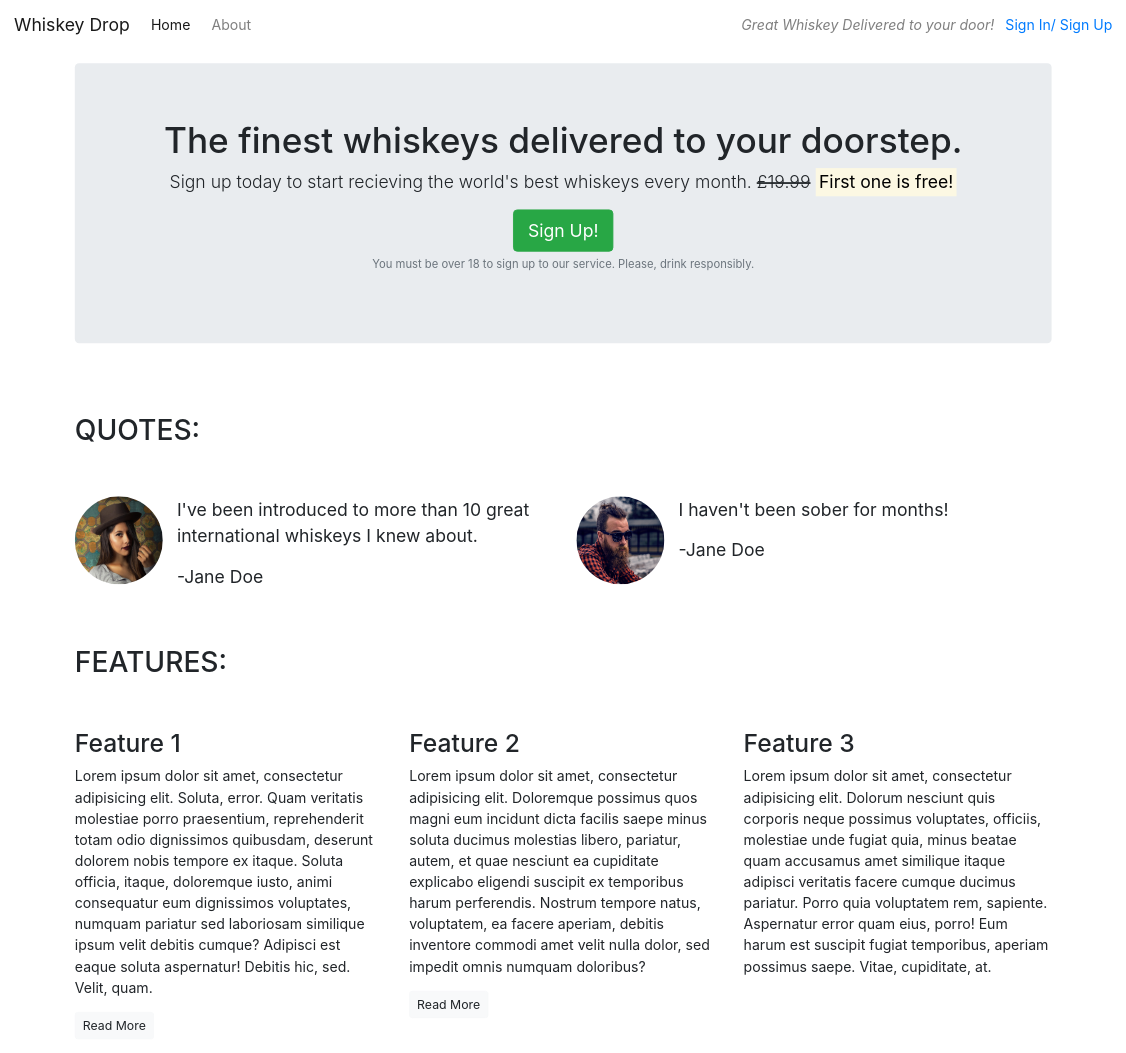
Repository: Leannald13/whiskey-project
Page: index.html
The author's editor kept a record of every edit. The page is drawn from the files as they stood at one moment, then again after the next edit.
The browser window is 1280 px wide. The pictures show the whole page, at 88% of full size.

Above is the page before.
Console error: TypeError: Cannot read properties of undefined (reading 'fn')

### index.html
<!DOCTYPE html>
<html lang="en">

<head>
    <meta charset="UTF-8">
    <meta name="viewport" content="width=device-width, initial-scale=1.0">
    <meta http-equiv="X-UA-Compatible" content="ie=edge">
    <link rel="stylesheet" href="https://stackpath.bootstrapcdn.com/bootstrap/4.1.3/css/bootstrap.min.css" integrity="sha384-MCw98/SFnGE8fJT3GXwEOngsV7Zt27NXFoaoApmYm81iuXoPkFOJwJ8ERdknLPMO" crossorigin="anonymous">
    <script src="https://stackpath.bootstrapcdn.com/bootstrap/4.1.3/js/bootstrap.min.js" integrity="sha384-ChfqqxuZUCnJSK3+MXmPNIyE6ZbWh2IMqE241rYiqJxyMiZ6OW/JmZQ5stwEULTy" crossorigin="anonymous"></script>
    <title>Whiskey Drop: Taste a new whiskey every month</title>
</head>

<body>
    <nav class="navbar navbar-light bg-navbar navbar-expand-sm">
        <a href="/" class="navbar-brand">Whiskey Drop</a>
        <ul class="navbar-nav mr-auto">
            <li class="active nav-item mr-2"><a class="nav-link" href="/">Home</a></li>
            <li class="nav-item mr-2"><a class="nav-link" href="/about">About</a></li>
            <li class="nav-item mr-2 d-block d-sm-none"><a class="nav-link" href="/login">Sign In/ Sign Up!</a></li>
        </ul>
        <div class="d-none d-md-block">
            <p class="navbar-text my-auto mr-2"><i>Great Whiskey Delivered to your door!</i></p>
            <a href="/login">Sign In/ Sign Up</a>
        </div>
    </nav>
    <article class="container mt-3">
        <div class="row">
            <div class="col-12">
                <section class="callout jumbotron text-center">
                    <h1>The finest whiskeys delivered to your doorstep.</h1>
                    <p class="lead">Sign up today to start recieving the world's best whiskeys every month.
                        <s class="d-none d-sm-inline">£19.99</s>
                        <span class="d-inline d-sm-none"><br></span>
                        <strong><mark>First one is free!</mark></strong></p>
                    <button class="btn btn-success btn-lg">Sign Up!</button>
                    <p class="text-muted"><small>You must be over 18 to sign up to our service. Please, drink responsibly.</small></p>
                </section>
            </div>
        </div>
        <section class="quotes">
            <div class="row">
                <div class="col-12 my-5">
                    <h2 class="text-uppercase">Quotes:</h2>
                </div>
            </div>
            <div class="row">
                <div class="col-12 col-md-6">
                    <div class="media">
                        <img src="images/girl-image.png" class="rounded-circle mr-3" height= 100 width=100">
                        <div class="media-body">
                            <blockquote class="blockquote">
                                <p>I've been introduced to more than 10 great international whiskeys I knew about.</p>
                                <p>-Jane Doe</p>
                            </blockquote>
                        </div>
                    </div>
                </div>
                <div class="col-12 col-md-6">
                    <div class="media">
                        <img src="images/guy-image.png" class="rounded-circle mr-3" height=100 width=100">
                        <div class="media-body">
                    <blockquote class="blockquote">
                        <p>I haven't been sober for months!</p>
                        <p>-Jane Doe</p>
                    </blockquote>
                    </div>
                    </div>
                </div>
            </div>
        </section>
        <section class="features">
            <div class="row">
                <div class="col-12 my-5">
                    <h2 class="text-uppercase">Features:</h2>
                </div>
            </div>
            <div class="row">
                <div class="col-12 col-md-6 col-lg-4">
                    <div class="feature">
                        <h3>Feature 1</h3>
                        <p>Lorem ipsum dolor sit amet, consectetur adipisicing elit. Soluta, error. Quam veritatis molestiae porro praesentium, reprehenderit totam odio dignissimos quibusdam, deserunt dolorem nobis tempore ex itaque. Soluta officia, itaque,
                            doloremque iusto, animi consequatur eum dignissimos voluptates, numquam pariatur sed laboriosam similique ipsum velit debitis cumque? Adipisci est eaque soluta aspernatur! Debitis hic, sed. Velit, quam.</p>
                        <p><a class="btn btn-sm btn-light" href="">Read More</a></p>
                    </div>
                </div>
                <div class="col-12 col-md-6 col-lg-4">
                    <div class="feature">
                        <h3>Feature 2</h3>
                        <p>Lorem ipsum dolor sit amet, consectetur adipisicing elit. Doloremque possimus quos magni eum incidunt dicta facilis saepe minus soluta ducimus molestias libero, pariatur, autem, et quae nesciunt ea cupiditate explicabo eligendi
                            suscipit ex temporibus harum perferendis. Nostrum tempore natus, voluptatem, ea facere aperiam, debitis inventore commodi amet velit nulla dolor, sed impedit omnis numquam doloribus?</p>
                        <p><a class="btn btn-sm btn-light" href="">Read More</a></p>
                    </div>
                </div>
                <div class="col-12 d-md-none d-lg-block col-lg-4">
                    <div class="feature">
                        <h3>Feature 3</h3>
                        <p>Lorem ipsum dolor sit amet, consectetur adipisicing elit. Dolorum nesciunt quis corporis neque possimus voluptates, officiis, molestiae unde fugiat quia, minus beatae quam accusamus amet similique itaque adipisci veritatis facere
                            cumque ducimus pariatur. Porro quia voluptatem rem, sapiente. Aspernatur error quam eius, porro! Eum harum est suscipit fugiat temporibus, aperiam possimus saepe. Vitae, cupiditate, at.</p>
                    </div>
                </div>
            </div>


        </section>
    </article>

</body>

</html>

After the next edit:
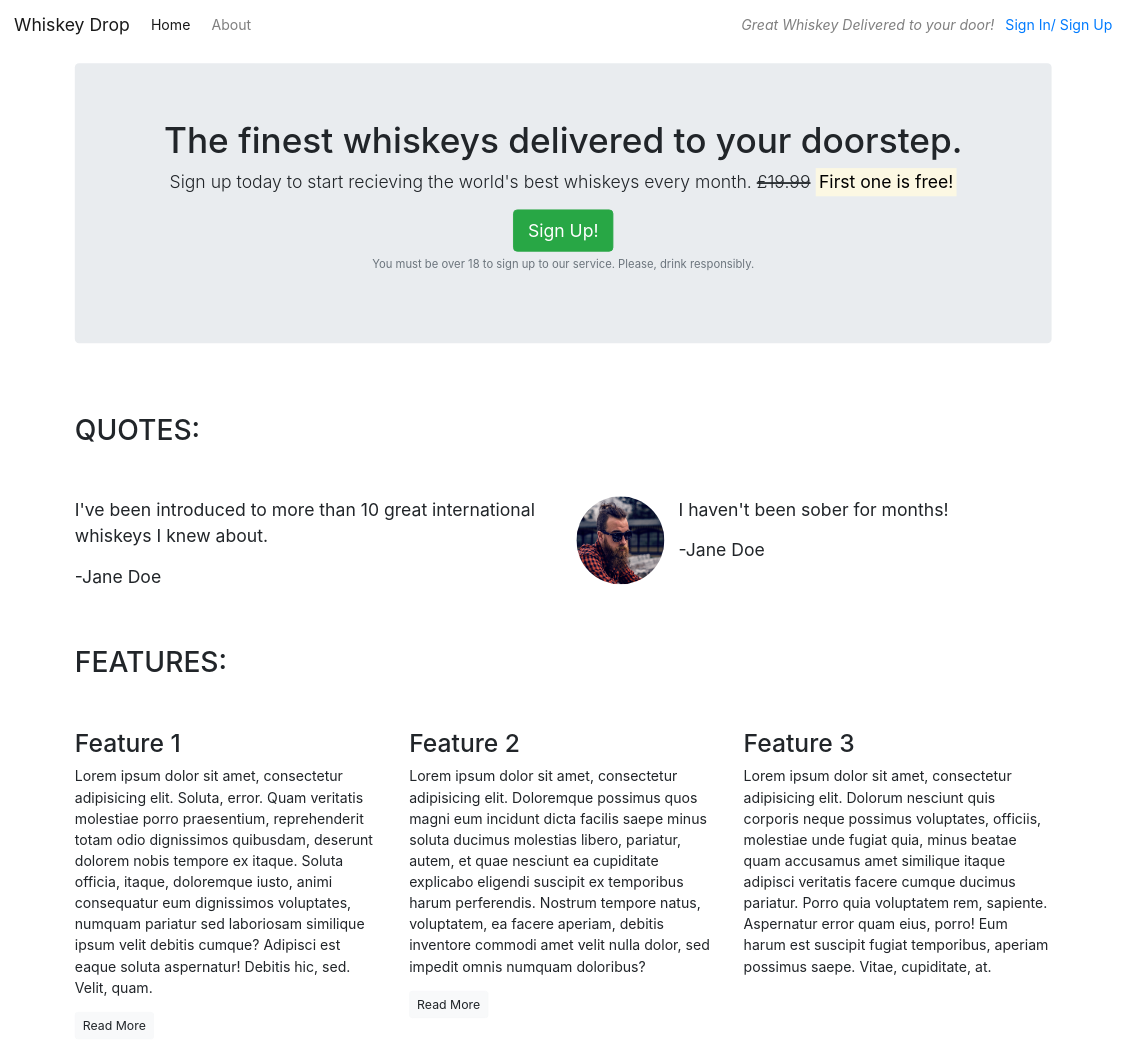
The edit:
--- a/index.html
+++ b/index.html
@@ -45,8 +45,8 @@
             </div>
             <div class="row">
                 <div class="col-12 col-md-6">
-                    <div class="media">
-                        <img src="images/girl-image.png" class="rounded-circle mr-3" height= 100 width=100">
+                    <div class="media"
+                        <img src="images/girl-image.png" class="rounded-circle mr-3" height= 100 width=100>
                         <div class="media-body">
                             <blockquote class="blockquote">
                                 <p>I've been introduced to more than 10 great international whiskeys I knew about.</p>

After the 2 edits that followed:
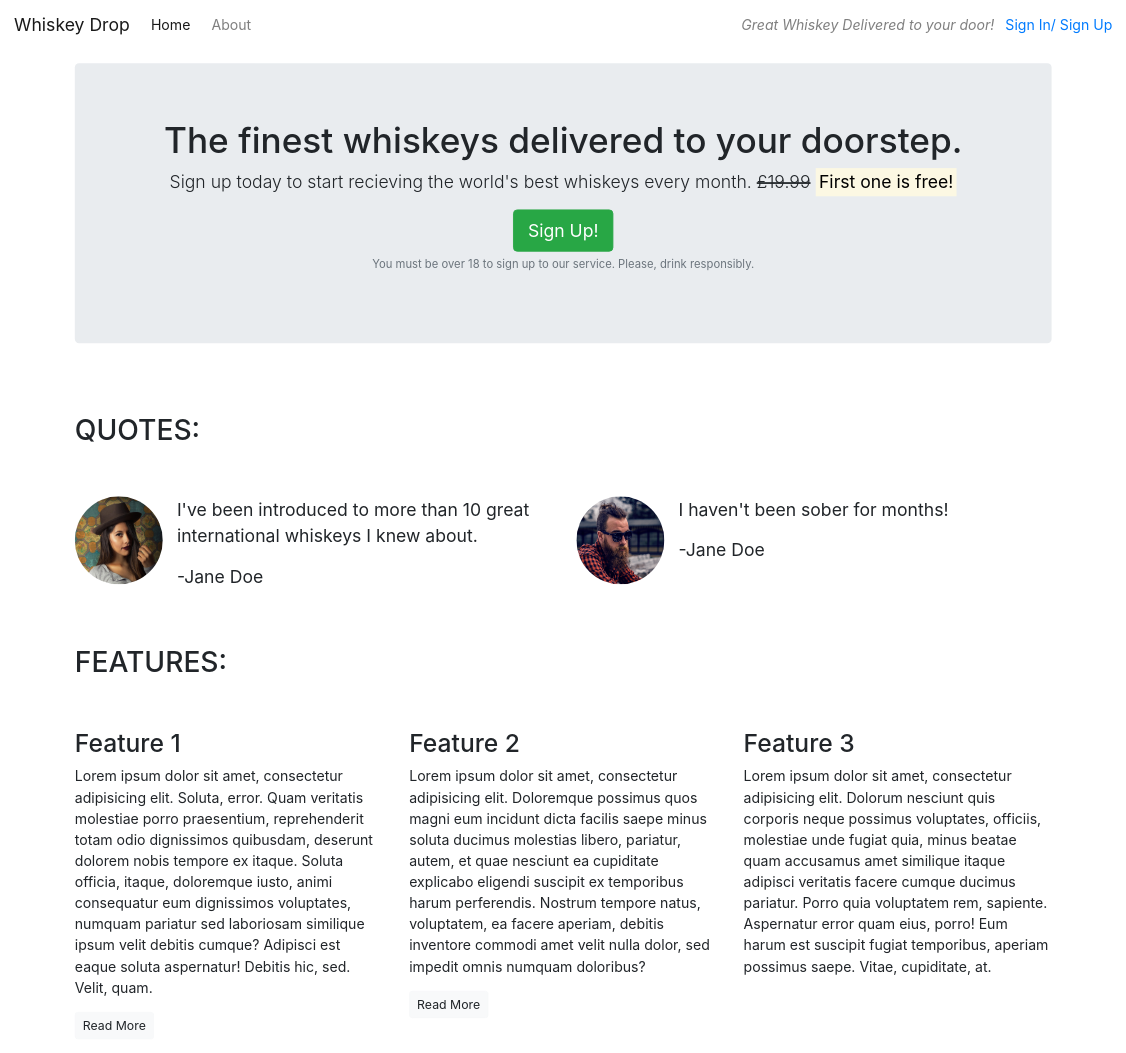
The 2 edits are shown as one change because 1 left the picture as it was.
The edit:
--- a/index.html
+++ b/index.html
@@ -45,8 +45,10 @@
             </div>
             <div class="row">
                 <div class="col-12 col-md-6">
-                    <div class="media"
-                        <img src="images/girl-image.png" class="rounded-circle mr-3" height= 100 width=100>
+                    <div class="media">
+                        <div class="d-none d-sm-block">
+                        <img src="images/girl-image.png" class="rounded-circle mr-3" height=100 width=100>
+                        </div>
                         <div class="media-body">
                             <blockquote class="blockquote">
                                 <p>I've been introduced to more than 10 great international whiskeys I knew about.</p>
@@ -57,7 +59,7 @@
                 </div>
                 <div class="col-12 col-md-6">
                     <div class="media">
-                        <img src="images/guy-image.png" class="rounded-circle mr-3" height=100 width=100">
+                        <img src="images/guy-image.png" class="rounded-circle mr-3" height=100 width=100>
                         <div class="media-body">
                     <blockquote class="blockquote">
                         <p>I haven't been sober for months!</p>
